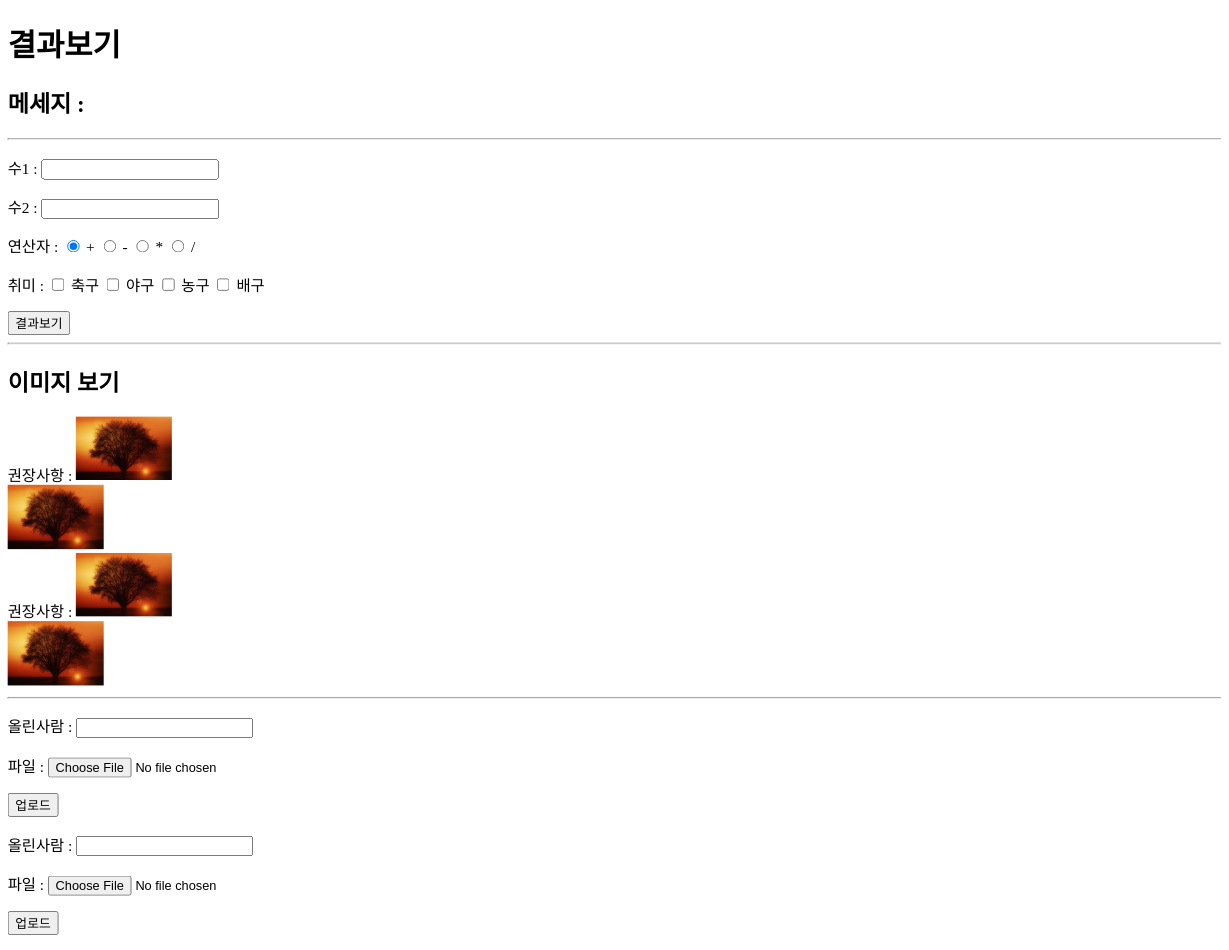
Repository: kimjwahyun/Spring
Page: http://localhost/spring_mvc03/WEB-INF/views/test01/result.jsp
The author's editor kept a copy of each file at every save. The page is drawn from the files as they stood at one save, then again after the next save.
The browser window is 1280 px wide. The pictures show the whole page, at 96% of full size.
The page is served by Tomcat 9. Nobody is signed in. Other server files are loaded and not shown. The template is opened directly, without the code that normally fills it, so the values that code supplies are empty.

Above is the page before, as saved 2023-07-28 06:04:59.

### spring_mvc03/src/main/webapp/WEB-INF/views/test01/result.jsp
<%@ page language="java" contentType="text/html; charset=UTF-8"
    pageEncoding="UTF-8"%>
<%@ taglib prefix="c" uri="http://java.sun.com/jsp/jstl/core" %>
<!DOCTYPE html>
<html>
<head>
<meta charset="UTF-8">
<title>Insert title here</title>
</head>
<body>
	<h1>결과보기</h1>
	<h2>메세지 : ${msg}</h2>
	<hr>

	<form action="/calc.do" method="post">
		<p>수1 : <input type="number" size="15" name="s1" required></p>
        <p>수2 : <input type="number" size="15" name="s2" required></p>
        <p>연산자 :
            <input type="radio" name="op" value="+" checked > +
            <input type="radio" name="op" value="-"  > -
            <input type="radio" name="op" value="*"  > *
            <input type="radio" name="op" value="/"  > /
        </p>
        <p> 취미 :
             <input type="checkbox" name="hobby" value="축구"> 축구
             <input type="checkbox" name="hobby" value="야구"> 야구
             <input type="checkbox" name="hobby" value="농구"> 농구
             <input type="checkbox" name="hobby" value="배구"> 배구
        </p>
        <input type="hidden" name="cPage" value="2">
        <input type="submit" value="결과보기">
	</form>
	<hr>

	<h2>이미지 보기</h2>
	권장사항 : <img src="/resources/images/tree-1.jpg" style="width: 100px;"><br>
	<img src="resources/images/tree-1.jpg" style="width: 100px;"><br>
	권장사항 : <img src='<c:url value="/resources/images/tree-1.jpg" />' style="width: 100px;"><br>
	<img src='<c:url value="resources/images/tree-1.jpg" />' style="width: 100px;"><br>

	<hr>
	<%-- 이미지 업로드 : cos 라이브러리 사용(MultipartRequest), spring 자체 지원 --%>
	<form action="/f_up.do" method="post" enctype="multipart/form-data">
		<p>올린사람 : <input type="text" name="name"></p>
		<p>파일 : <input type="file" name="f_name"></p>
		<p> <input type="submit" value="업로드"></p>
	</form>

	<form action="/f_up.do" method="post" enctype="multipart/form-data">
		<p>올린사람 : <input type="text" name="name"></p>
		<p>파일 : <input type="file" name="f_name"></p>
		<p> <input type="button" value="업로드" onclick="f_up(this.form)"></p>
	</form>
</body>
</html>

After the next save:
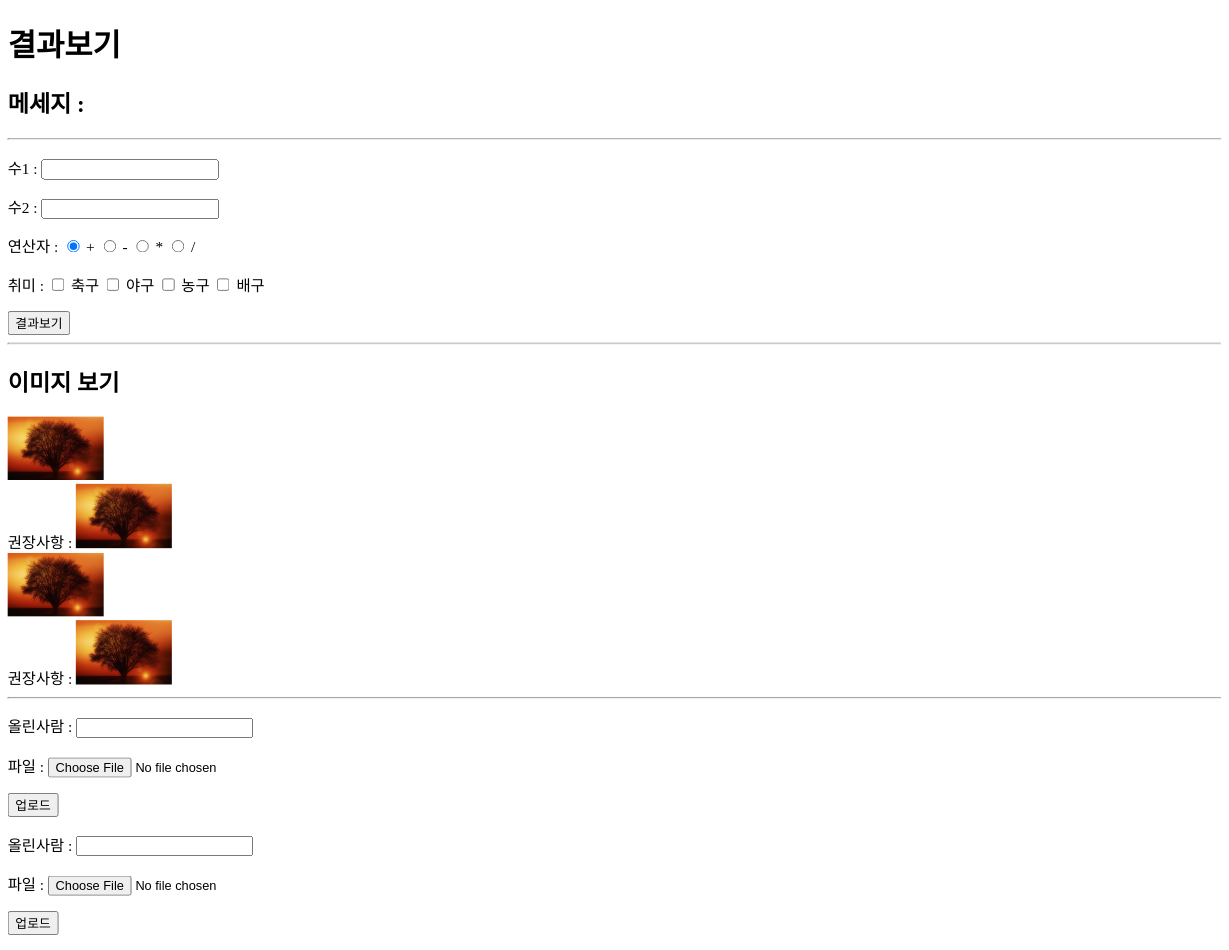
Saved 56 s later.
--- a/spring_mvc03/src/main/webapp/WEB-INF/views/test01/result.jsp
+++ b/spring_mvc03/src/main/webapp/WEB-INF/views/test01/result.jsp
@@ -33,10 +33,10 @@
 	<hr>
 
 	<h2>이미지 보기</h2>
-	권장사항 : <img src="/resources/images/tree-1.jpg" style="width: 100px;"><br>
-	<img src="resources/images/tree-1.jpg" style="width: 100px;"><br>
-	권장사항 : <img src='<c:url value="/resources/images/tree-1.jpg" />' style="width: 100px;"><br>
-	<img src='<c:url value="resources/images/tree-1.jpg" />' style="width: 100px;"><br>
+	<img src="/resources/images/tree-1.jpg" style="width: 100px;"><br>
+	권장사항 : <img src="resources/images/tree-1.jpg" style="width: 100px;"><br>
+	<img src='<c:url value="/resources/images/tree-1.jpg" />' style="width: 100px;"><br>
+	권장사항 : <img src='<c:url value="resources/images/tree-1.jpg" />' style="width: 100px;"><br>
 
 	<hr>
 	<%-- 이미지 업로드 : cos 라이브러리 사용(MultipartRequest), spring 자체 지원 --%>
